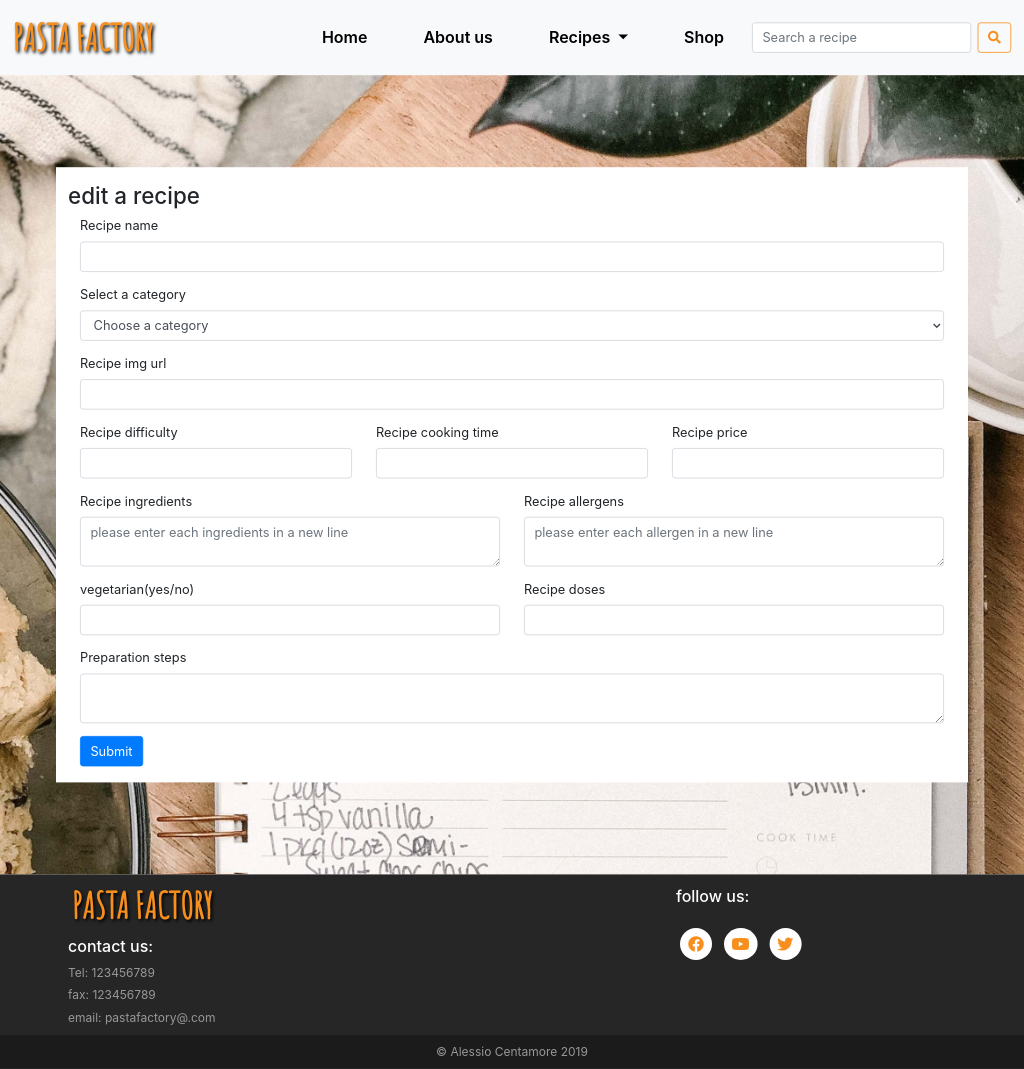
Repository: Baal89/recipe-app
Page: templates/editrecipes.html
The author's editor kept a record of every edit. The page is drawn from the files as they stood at one moment, then again after the next edit.
The browser window is 1280 px wide. The pictures show the whole page, at 80% of full size.
Backgrounds fixed to the window are drawn as part of the page. Some web libraries are served in a nearby version. The page is served by the project's application, run on Flask 3 (app.py). The template is opened directly, without the code that normally fills it, so the values that code supplies are empty.

Above is the page before.

After the next edit:
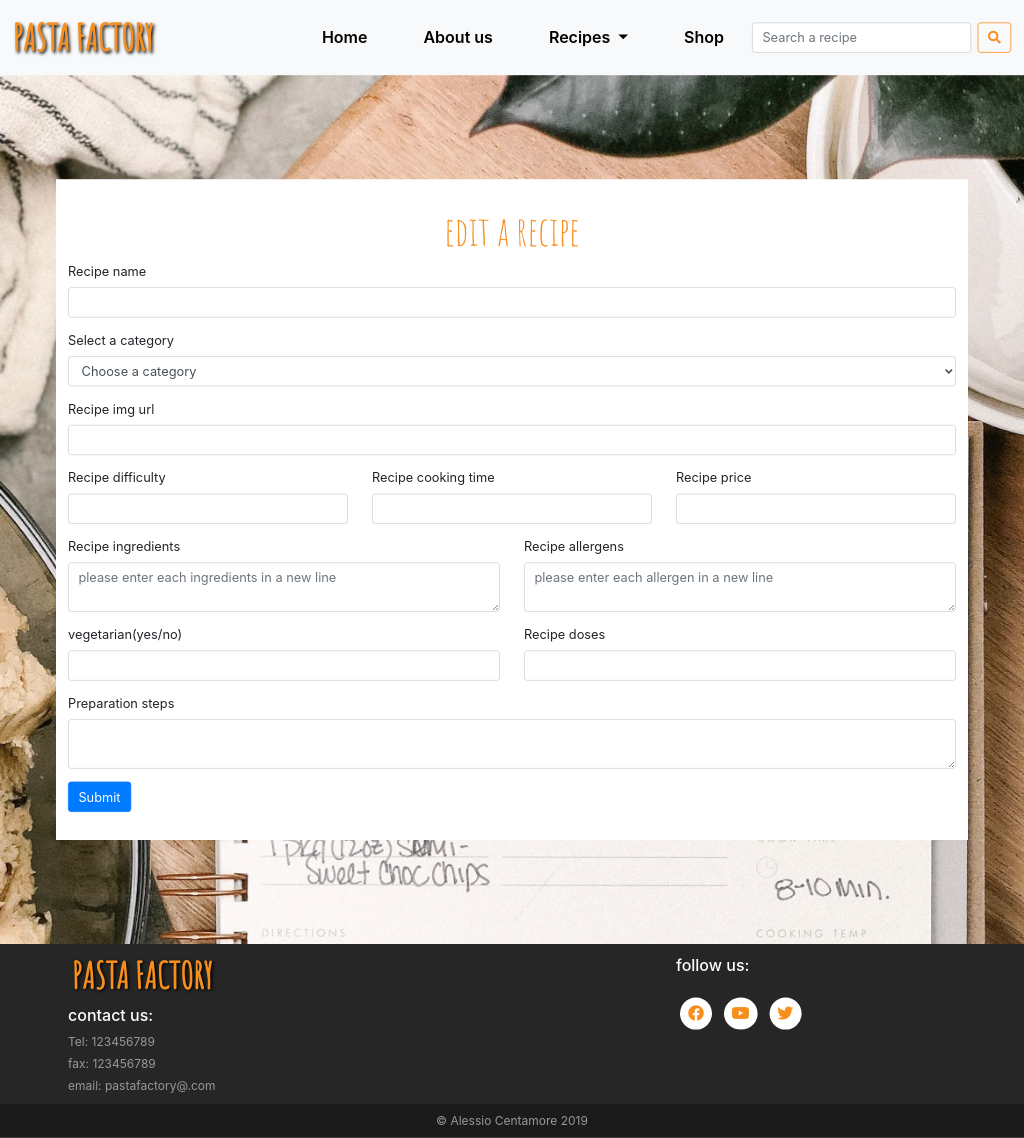
The edit:
--- a/templates/editrecipes.html
+++ b/templates/editrecipes.html
@@ -3,8 +3,8 @@
 <!-- bootstrap form-->
 
 <section class="recipe-container">
-    <div class="container recipe-page">
-        <h3> edit a recipe</h3>
+    <div class="container form-page">
+        <h3 class="form-header"> edit a recipe</h3>
         <form action="{{url_for('update_recipe', recipe_id=recipes._id) }}" method="POST" class="col-12">
             <div class="row">
                 <div class="form-group col-12">
